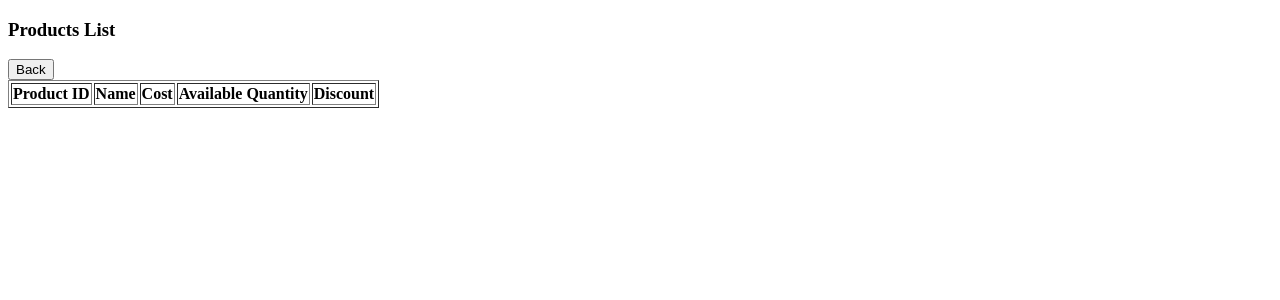
Repository: nelsonamaran14/OnlineShopping_CaseStudy2
Page: http://localhost/OnlineShopping/addtoCart
The author's editor kept a copy of each file at every save. The page is drawn from the files as they stood at one save, then again after the next save.
The browser window is 1280 px wide. The pictures show the whole page.
The page is served by Tomcat 9. Other server files are loaded and not shown. Queries for data that is not in the repository find no rows.

Above is the page before, as saved 2023-09-05 10:20:24.

### OnlineShopping/src/main/webapp/addcart.jsp
<%@ page language="java" contentType="text/html; charset=ISO-8859-1"
    pageEncoding="ISO-8859-1"%>
<%@ taglib uri="http://java.sun.com/jsp/jstl/core" prefix="c" %>
<!DOCTYPE html>
<html>
<head>
<meta charset="ISO-8859-1">
<title> Add Cart Products</title>
</head>
<body>
	<h3>
	Products List
	</h3>
	<form action="back">
		<input type="submit" value="Back"/>
	</form>
    <table border="1">
        <tr>
            <th>Product ID</th>
            <th>Name</th>
            <th>Cost</th>
            <th>Available Quantity</th>
            <th>Discount</th>
        </tr>
        <c:forEach var="product" items="${list}">
            <tr>
                <td>${product.id}</td>
                <td>${product.name}</td>
                <td>${product.cost}</td>
                <td>${product.quantity}</td>
                <td>${product.discount}</td>
				<td>
	                <form action="addItems">
        				<input type="hidden" name="id" value="${product.id}"/>
        				<input type="hidden" name="name" value="${product.name}"/>
        				<input type="hidden" name="cost" value="${product.cost}"/>
        				<input type="hidden" name="discount" value="${product.discount}"/>
        				<input type="submit" value="Add to Cart" />
    	            </form>
				</td>
            </tr>
        </c:forEach>
    </table>
</body>
</html>

### OnlineShopping/src/main/java/in/mindcraft/utils/DBUtils.java
package in.mindcraft.utils;

	import java.sql.Connection;
	import java.sql.DriverManager;
import java.sql.PreparedStatement;
import java.sql.ResultSet;
import java.sql.SQLException;

	public class DBUtils {

		 private static Connection cn;
		 public static Connection openConnection() throws SQLException, ClassNotFoundException {
			 Class.forName("com.mysql.cj.jdbc.Driver");
			 String url="jdbc:mysql://localhost/test_schema";
			 return cn = DriverManager.getConnection(url,"root","root");
		 }

		 public static void closeConnection(ResultSet resultSet, PreparedStatement preparedStatement, Connection connection) throws SQLException {
			 if(cn!=null)
				 cn.close();
		 }


	}

After the next save:
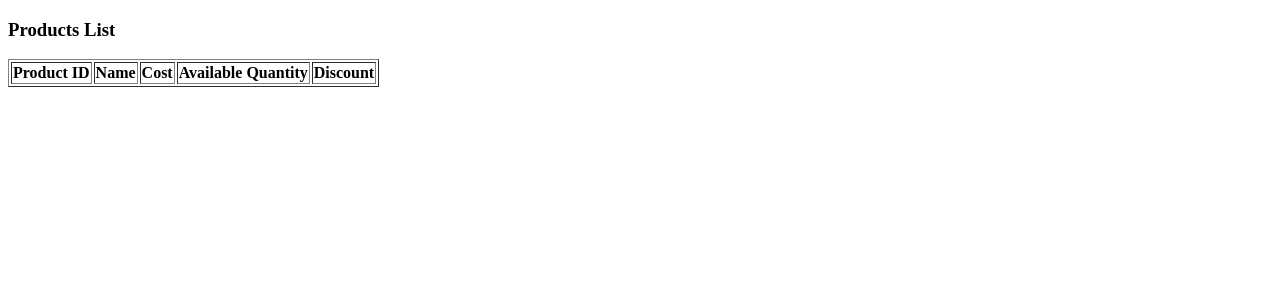
Saved 10 min 35 s later.
--- a/OnlineShopping/src/main/webapp/addcart.jsp
+++ b/OnlineShopping/src/main/webapp/addcart.jsp
@@ -5,15 +5,13 @@
 <html>
 <head>
 <meta charset="ISO-8859-1">
-<title> Add Cart Products</title>
+<title>Add to cart</title>
 </head>
 <body>
 	<h3>
 	Products List
 	</h3>
-	<form action="back">
-		<input type="submit" value="Back"/>
-	</form>
+
     <table border="1">
         <tr>
             <th>Product ID</th>
@@ -24,16 +22,16 @@
         </tr>
         <c:forEach var="product" items="${list}">
             <tr>
-                <td>${product.id}</td>
-                <td>${product.name}</td>
-                <td>${product.cost}</td>
+                <td>${product.prod_no}</td>
+                <td>${product.pname}</td>
+                <td>${product.price}</td>
                 <td>${product.quantity}</td>
                 <td>${product.discount}</td>
 				<td>
 	                <form action="addItems">
-        				<input type="hidden" name="id" value="${product.id}"/>
-        				<input type="hidden" name="name" value="${product.name}"/>
-        				<input type="hidden" name="cost" value="${product.cost}"/>
+        				<input type="hidden" name="prod_no" value="${product.prod_no}"/>
+        				<input type="hidden" name="pname" value="${product.pname}"/>
+        				<input type="hidden" name="price" value="${product.price}"/>
         				<input type="hidden" name="discount" value="${product.discount}"/>
         				<input type="submit" value="Add to Cart" />
     	            </form>
